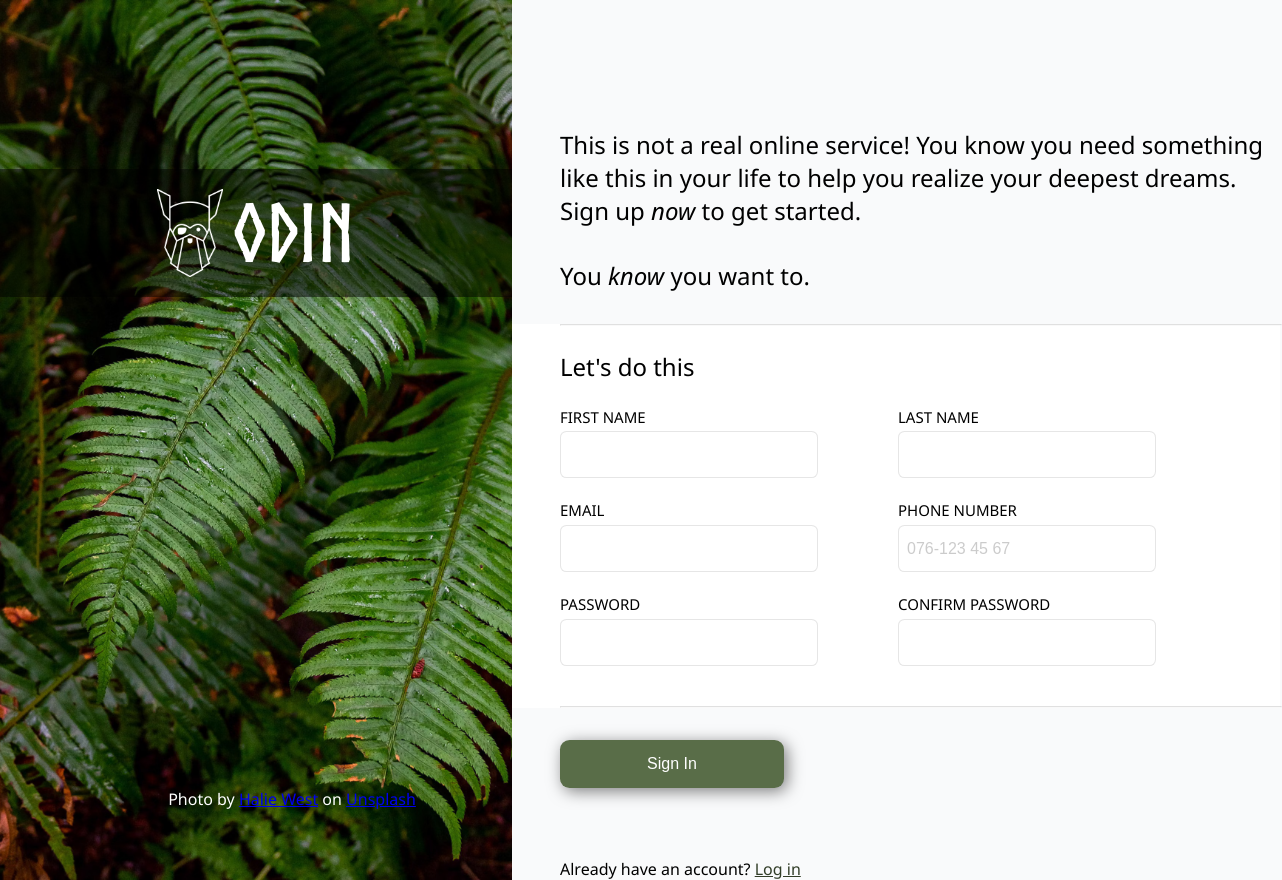
Repository: fed26sto-fundamentals/sign-up-form-odai-dh
Page: index.html
These files come from the project's save history. The page is drawn as it stood at one moment and after a run of saves; the edit follows.
The browser window is 1280 px wide. The page is 1282 px wide, so the pictures cover 1282 px, including what lies to the right of the window. The pictures show the whole page.

Above is the page before, as saved 2024-10-01 21:21:57.

### index.html
<!DOCTYPE html>
<html lang="en">

<head>
    <meta charset="UTF-8">
    <meta name="viewport" content="width=device-width, initial-scale=1.0">
    <link href="styles.css" rel="stylesheet" />
    <title>Document</title>
</head>

<body>
    <div class="leftSide">
        <div class="odinLogo">
            <img src="/img/odin-lined.png" alt="odin logo">
            <p>ODIN</p>
        </div>
        <div class="leftSideFoot">
            <p>Photo by <a href="https://unsplash.com/@haliewestphoto" target="_blank">Halie West</a> on <a
                    href="https://unsplash.com/" target="_blank">Unsplash</a></p>

        </div>
    </div>
    <div class="rightSide">
        <div class="textR">
            <p>This is not a real online service! You know you need something like this in your life to help you realize
                your deepest dreams. Sign up <em>now</em> to get started.</p>
        </div>
        <div class="textRs">
            <p> You <em>know</em> you want to.</p>
        </div>
        <div class="form">
            <form action="#" class="form">
                <div class="formTitle">
        <hr id="line1">
                    <p>Let's do this</p>
                </div>
                <div class="formStart">
                    <div class="cill1">
                        <div class="firstN">
                            <label for="firstN">FIRST NAME</label>
                            <input type="text" id="firstN" class="required" name="firstName" required>
                            <span class="error-message" aria-live="polite">First Name is required</span>
                        </div>
                        <div class="emailIn">
                            <label for="emailIn">EMAIL</label>
                            <input type="email" id="emailIn" class="required" name="email" required>
                            <span class="error-message" aria-live="polite">Email is required</span>
                        </div>
                        <div class="passwordIn">
                            <label for="passwordIn">PASSWORD</label>
                            <input type="password" id="passwordIn" class="required" name="password" required minlength="8" maxlength="16">
                            <span class="error-message" aria-live="polite">Password must be between 8 and 16 characters.</span>
                        </div>
                    </div>
                    <div class="cill2">
                        <div class="lastN">
                            <label for="lastN">LAST NAME</label>
                            <input type="text" id="lastN" class="required" name="lastName" required>
                            <span class="error-message" aria-live="polite">Last Name is required</span>
                        </div>
                        <div class="nummber">
                            <label for="number">PHONE NUMBER</label>
                            <input type="tel" id="number" class="required" name="phoneNumber" pattern="076-[0-9]{3} [0-9]{2} [0-9]{2}" placeholder="076-123 45 67" required>
                            <span class="error-message" aria-live="polite">Please enter a valid phone number.</span>
                        </div>
                        <div class="passwordCon">
                            <label for="passwordCon">CONFIRM PASSWORD</label>
                            <input type="password" id="passwordCon" class="required" name="confirmPassword" required minlength="8" maxlength="16">
                            <span class="error-message" aria-live="polite">Password do Not match</span>
                        </div>
                    </div>
                </div>
                <hr id="line">
        </div>

        <div class="submtion">
            <button id="forSubmtion"> Sign In</button>
            <div id="forSubmtionError"></div>
            <p>
                Already have an account? <a href="">Log in</a>
            </p>
        </div>
        </form>
    </div>
</body>

</html>

### styles.css
@font-face {
    font-family: 'NorseBold';
    src: url('../fonts/Norse-Bold.otf') format('opentype');

}

body {
    font-family: 'Segoe UI', Tahoma, Geneva, Verdana, sans-serif;
    display: flex;
    align-content: center;
    min-height: 100vh;
    margin: 0;
    padding: 0px;
    height: 100%;
    background-color: #F9FAFB;
    ;

}



.leftSide {
    background: url(/img/green.jpg) no-repeat;
    border: 0;
    width: 40%;
    align-content: center;
    background-size: cover;
    background-position: center;

}

.odinLogo {
    display: flex;
    justify-content: center;
    align-items: center;
    height: 10%;
    padding: 20px;
    gap: 10px;
    background-color: rgba(0, 0, 0, 0.5);
    position: relative;
    top: -25vh;
}

.odinLogo img {
    height: 100%;
}

.odinLogo p {
    color: white;
    font-size: 80px;
    font-family: 'NorseBold', sans-serif;
}


.leftSideFoot {
    display: flex;
    justify-self: center;
    position: relative;
    bottom: -41vh;
    left: 5vh;
}

.leftSideFoot p {
    color: rgb(255, 255, 255);
}

.leftSideFoot a:visited {
    color: rgb(199, 201, 221);
}

.leftSideFoot a:hover {
    color: rgb(187, 131, 239);
    transition: 0.5s;
}




.rightSide {
    display: flex;
    flex-direction: column;
    gap: 2rem;
}


.rightSide>div {
    padding-left: 3rem;
}

.rightSide>div>p {
    margin-top: 0;
    margin-bottom: 0;
}

.textR,
.textRs,
.formTitle {
    font-size: 1.5rem;
}

.textR {
    margin-top: 8rem;
}

.form{
    background-color: rgb(255, 255, 255);
}
.formStart {
    display: flex;
    justify-content: left;
    gap: 5rem;
    flex-wrap: wrap;
}

.formStart div {
    display: flex;
    flex-direction: column;
    gap: 1.4rem;
}

.formStart>div {
    margin-bottom: 2rem;
}

.formStart div div label {
    font-size: 15px;
}

.formStart div div input {
    width: 100%;

}
.formStart div div input:focus {
    border-color: #007BFF;
    box-shadow: 0 0 5px rgba(0, 123, 255, 1);

}
#line1{
    width: 100%;
    opacity: 0.3;
    margin-top: -0.5px;

}
#line{
    width: 100%;
    opacity: 0.3;
    margin-bottom: -0.5px;
}



.error-message {
    display: none;
    color: #d30c34;
    font-size: 12px;
    margin-top: -5px;
}

input:not(:focus):invalid+.error-message {
    display: none;
}

input:invalid+.error-message {
    display: block;
    margin-top: 4px;
}
input:not(:focus):invalid {
    border: 1px solid rgba(128, 128, 128, 0.2); /* Neutraler grauer Rand */
}

input::placeholder {
    color: grey;
    font-size: 16px;
    opacity: 0.4;
}


.formStart div div input {
    height: 1.8rem;
    width: 15rem;
    border: 1px solid #ccc;
    border-radius: 0.4rem;
    outline: none;
    padding: 0.5rem;
    font-size: 18px;
}

.formStart div div {
    display: flex;
    flex-direction: column;
    gap: 0.3rem;
}

.submtion {
    display: flex;
    flex-direction: column;
    gap: 2.2rem
}

.submtion a {
    color: #596D48;
}

.submtion a:visited {
    color: #313d27;
}

#forSubmtion {
    cursor: pointer;
    height: 3rem;
    width: 14rem;
    background-color: #596D48;
    color: white;
    font-size: 16px;
    border: 0px;
    border-radius: 0.6rem;
    box-shadow: 0.2rem 0.2rem 1rem rgba(0, 0, 0, 0.5);
}

After the next 12 saves:
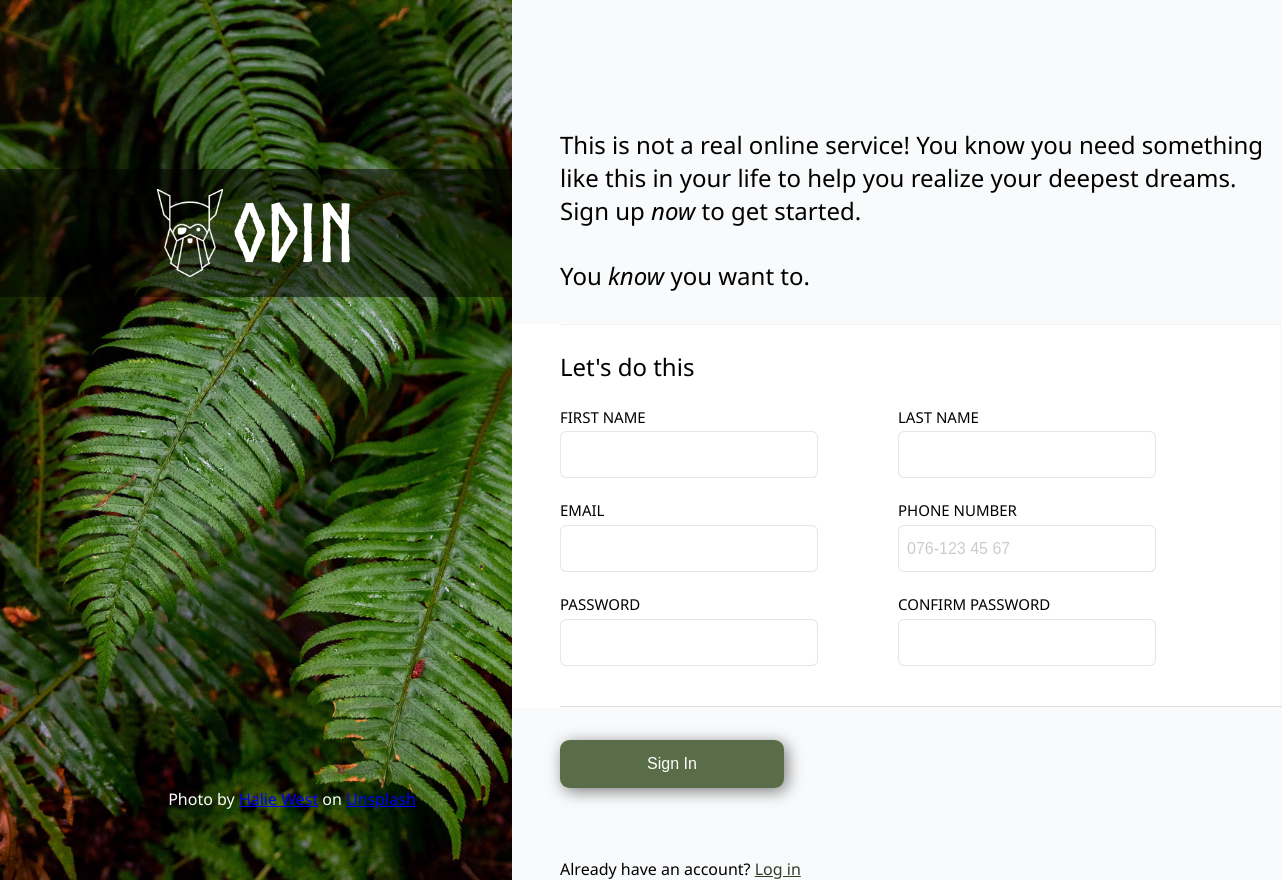
The 12 saves are shown as one change because they came seconds apart.
The last was saved 88 s later.
--- a/styles.css
+++ b/styles.css
@@ -137,7 +137,7 @@ body {
 }
 #line1{
     width: 100%;
-    opacity: 0.3;
+    opacity: 0.1;
     margin-top: -0.5px;
 
 }
